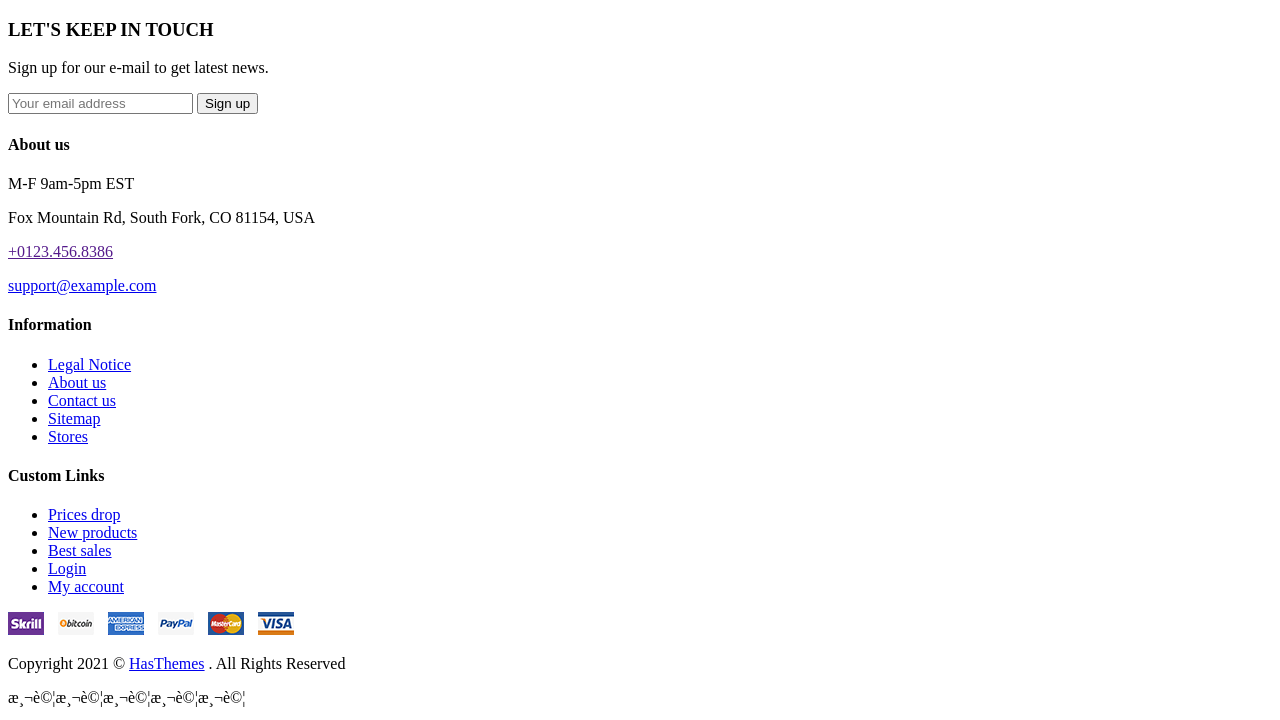
Repository: TibameTeam2/dessert_shop
Page: src/main/webapp/TEA103G2/front-end/footer.html
These files come from the project's save history. The page is drawn as it stood at one moment and after the next save; the edit follows.
The browser window is 1280 px wide. The pictures show the whole page.

Above is the page before, as saved 2021-04-12 15:41:59.

### src/main/webapp/TEA103G2/front-end/footer.html
<!DOCTYPE html>
<html lang="zh-Hant">

<!--<head>-->
<!--    <meta charset="utf-8">-->
<!--    <meta http-equiv="x-ua-compatible" content="ie=edge">-->
<!--    <title>Amino - Organic & Multipurpose Bootstrap 5 Template</title>-->
<!--    <meta name="robots" content="noindex, follow"/>-->
<!--    <meta name="description" content="">-->
<!--    <meta name="viewport" content="width=device-width, initial-scale=1, shrink-to-fit=no">-->
<!--    &lt;!&ndash; Favicon &ndash;&gt;-->
<!--    <link rel="shortcut icon" type="image/x-icon" href="assets/images/favicon.png">-->

<!--    &lt;!&ndash; CSS-->
<!--	============================================ &ndash;&gt;-->

<!--    &lt;!&ndash; Icon Font CSS &ndash;&gt;-->
<!--    <link rel="stylesheet" href="assets/css/plugins/ionicons.min.css">-->
<!--    <link rel="stylesheet" href="assets/css/plugins/line-awesome.min.css">-->
<!--    <link rel="stylesheet" href="assets/css/plugins/fontawesome.min.css">-->

<!--    &lt;!&ndash; Plugins CSS &ndash;&gt;-->
<!--    <link rel="stylesheet" href="assets/css/plugins/animate.min.css">-->
<!--    <link rel="stylesheet" href="assets/css/plugins/swiper-bundle.min.css">-->
<!--    <link rel="stylesheet" href="assets/css/plugins/nice-select.css">-->
<!--    <link rel="stylesheet" href="assets/css/plugins/select2.min.css">-->
<!--    <link rel="stylesheet" href="assets/css/plugins/jquery-ui.min.css">-->
<!--    <link rel="stylesheet" href="assets/css/plugins/magnific-popup.css">-->

<!--    &lt;!&ndash; Main Style CSS &ndash;&gt;-->
<!--    <link rel="stylesheet" href="assets/css/style.css">-->


<!--    &lt;!&ndash;====== Use the minified version files listed below for better performance and remove the files listed above ======&ndash;&gt;-->
<!--    &lt;!&ndash; <link rel="stylesheet" href="assets/css/vendor/plugins.min.css">-->
<!--    <link rel="stylesheet" href="assets/css/style.min.css"> &ndash;&gt;-->
<!--    <script src="assets/js/vendor/modernizr-3.11.2.min.js"></script>-->
<!--    <script src="assets/js/vendor/jquery-3.5.1.min.js"></script>-->
<!--</head>-->

<body>
    <!-- Footer Start-->
    <div class="section footer-section">
        <!-- Footer widget Start -->
        <div class="footer-widget-wrapper">
            <div class="container">
                <div class="row">
                    <div class="col-lg-5">
                        <!-- Footer widget Start -->
                        <div class="footer-widget">
                            <div class="footer-newsletter">
                                <h3 class="title">LET'S KEEP IN TOUCH</h3>
                                <p>Sign up for our e-mail to get latest news.</p>
                                <div class="newsletter">
                                    <input type="text" placeholder="Your email address">
                                    <button>Sign up</button>
                                </div>
                            </div>
                        </div>
                        <!-- Footer widget End -->
                    </div>
                    <div class="col-lg-3 col-sm-6">
                        <!-- Footer widget Start -->
                        <div class="footer-widget">
                            <h4 class="footer-widget-title">About us</h4>

                            <div class="desc-info">
                                <p>M-F 9am-5pm EST</p>
                                <div class="info-items">
                                    <div class="single-info">
                                        <i class="las la-map-marker"></i>
                                        <p>Fox Mountain Rd, South Fork, CO 81154, USA</p>
                                    </div>
                                    <div class="single-info">
                                        <i class="las la-phone-volume"></i>
                                        <p><a href="">+0123.456.8386</a></p>
                                    </div>
                                    <div class="single-info">
                                        <i class="las la-mail-bulk"></i>
                                        <p><a href="mailto://support@example.com">support@example.com</a></p>
                                    </div>
                                </div>
                            </div>
                        </div>
                        <!-- Footer widget End -->
                    </div>
                    <div class="col-lg-2 col-sm-3 col-6">
                        <!-- Footer widget Start -->
                        <div class="footer-widget">
                            <h4 class="footer-widget-title">Information</h4>

                            <ul class="widget-link">
                                <li><a href="#">Legal Notice</a></li>
                                <li><a href="about.html">About us</a></li>
                                <li><a href="contact.html">Contact us</a></li>
                                <li><a href="#">Sitemap</a></li>
                                <li><a href="#">Stores</a></li>
                            </ul>
                        </div>
                        <!-- Footer widget End -->
                    </div>
                    <div class="col-lg-2 col-sm-3 col-6">
                        <!-- Footer widget Start -->
                        <div class="footer-widget">
                            <h4 class="footer-widget-title">Custom Links</h4>

                            <ul class="widget-link">
                                <li><a href="#">Prices drop</a></li>
                                <li><a href="#">New products</a></li>
                                <li><a href="#">Best sales</a></li>
                                <li><a href="login.html">Login</a></li>
                                <li><a href="my-account.html">My account</a></li>
                            </ul>
                        </div>
                        <!-- Footer widget End -->
                    </div>
                </div>
            </div>
        </div>
        <!-- Footer widget End -->

        <!-- Footer Copyright Start -->
        <div class="footer-copyright">
            <div class="container">
                <div class="row">
                    <div class="col-lg-3">
                        <!-- Footer Social Start -->
                        <div class="footer-social">
                            <a href="#"><i class="lab la-facebook-f"></i></a>
                            <a href="#"><i class="lab la-twitter"></i></a>
                            <a href="#"><i class="lab la-youtube"></i></a>
                        </div>
                        <!-- Footer Social End -->
                    </div>
                    <div class="col-lg-9">
                        <!-- Copyright and payment Start -->
                        <div class="copyright-payment">
                            <div class="payment">
                                <img src="assets/images/payment.png" alt="Payment">
                            </div>
                            <div class="copyright">
                                <p>Copyright 2021 &copy; <a href="http://www.bootstrapmb.com/">HasThemes</a> . All Rights Reserved</p>
                            </div>
                        </div>
                        <!-- Copyright and payment End -->
                    </div>
                </div>
            </div>
        </div>
        <!-- Footer Copyright End -->
    </div>
    <!-- Footer End-->


    <!--Back To Start-->
    <a href="#" class="back-to-top">
        <i class="las la-arrow-up"></i>
    </a>
    <!--Back To End-->
    <div class="test01">測試測試測試測試測試</div>
    <!--------------------------------------------------- LiveSupport --------------------------------------------------->

    <!--     <div class="messages"> -->
    <!--         <img type="button" class="message-btn" src="assets/images/icon/messenger.png">; -->
    <!--     </div> -->

    <!--     <div class="message-table"> -->
    <!--         <article cla="message-article"> -->


    <!--             <div class="message-title"> -->
    <!--                 <div class="tilte-span-div"> -->
    <!--                     <span class="tilte-span">即&emsp;時&emsp;客&emsp;服</span> -->

    <!--                 </div> -->
    <!--                 <div> -->
    <!--                     <button class="message-close"><i class="fas fa-times"></i></button> -->
    <!--                 </div> -->
    <!--             </div> -->

    <!--             <div id="messagesArea" class="panel message-area"></div> -->

    <!--             <div class="message-input-div"> -->
    <!--                 <input class="message-input" type="text" placeholder="請輸入文字..."> -->
    <!--                 <img type="button" class="send-btn" src="assets/images/icon/icon-send.png"> -->
    <!--                 <input type="submit" id="sendMessage" class="send-btn" value="Send" onclick="sendMessage();" /> -->

    <!--         </article> -->
    <!--         </div> -->


    <!--     </div> -->

    <!-- JS ============================================ -->


    <!-- Bootstrap JS -->
    <!--<script src="assets/js/plugins/popper.min.js"></script>-->
    <!--<script src="assets/js/plugins/bootstrap.min.js"></script>-->

    <!-- Plugins JS -->
    <!--<script src="assets/js/plugins/swiper-bundle.min.js"></script>-->
    <!--<script src="assets/js/plugins/jquery.nice-select.min.js"></script>-->
    <!--<script src="assets/js/plugins/select2.min.js"></script>-->
    <!--<script src="assets/js/plugins/jquery-ui.min.js"></script>-->
    <!--<script src="assets/js/plugins/jquery.magnific-popup.min.js"></script>-->
    <!--<script src="assets/js/plugins/jquery.zoom.min.js"></script>-->
    <!--<script src="assets/js/plugins/ajax-contact.js"></script>-->
    <!--====== Use the minified version files listed below for better performance and remove the files listed above ======-->
    <!-- <script src="assets/js/plugins.min.js"></script> -->


    <!-- Main JS -->
    <!--<script src="assets/js/main.js"></script>-->
</body>

</html>

After the next save:
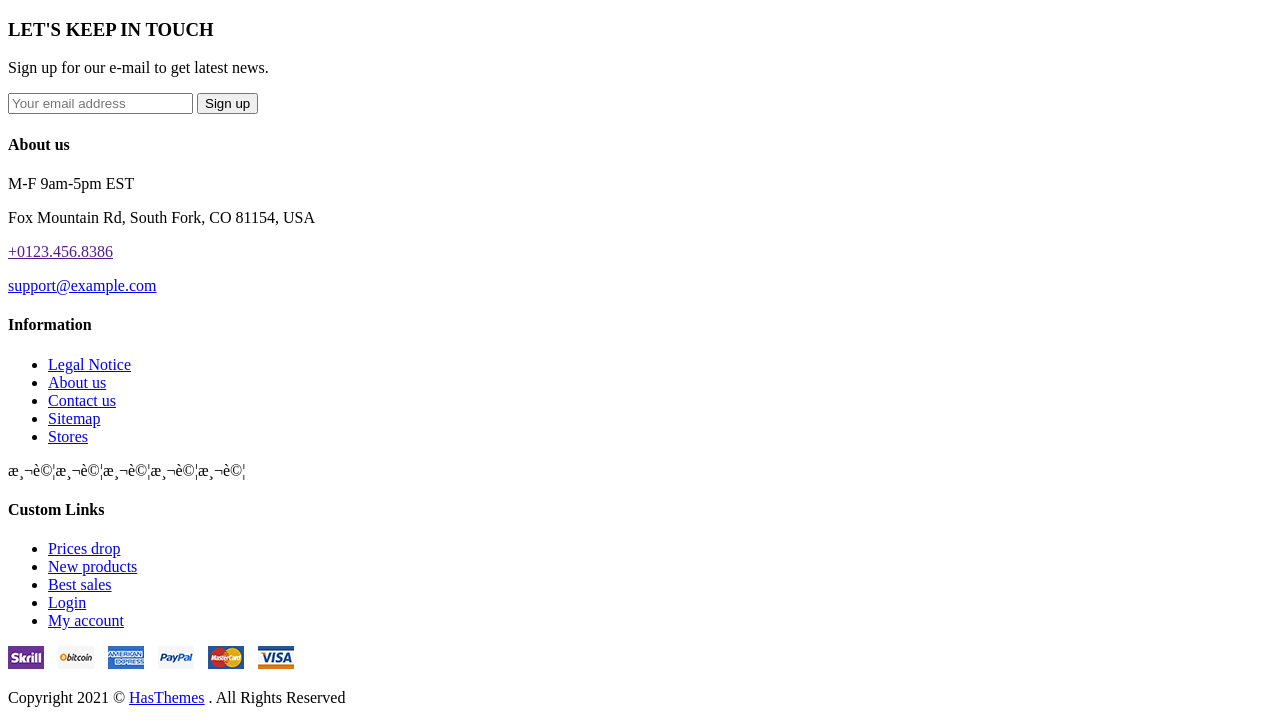
Saved 107 s later.
--- a/src/main/webapp/TEA103G2/front-end/footer.html
+++ b/src/main/webapp/TEA103G2/front-end/footer.html
@@ -97,6 +97,7 @@
                                 <li><a href="#">Stores</a></li>
                             </ul>
                         </div>
+                        <div class="test01">測試測試測試測試測試</div>
                         <!-- Footer widget End -->
                     </div>
                     <div class="col-lg-2 col-sm-3 col-6">
@@ -157,7 +158,7 @@
         <i class="las la-arrow-up"></i>
     </a>
     <!--Back To End-->
-    <div class="test01">測試測試測試測試測試</div>
+
     <!--------------------------------------------------- LiveSupport --------------------------------------------------->
 
     <!--     <div class="messages"> -->
